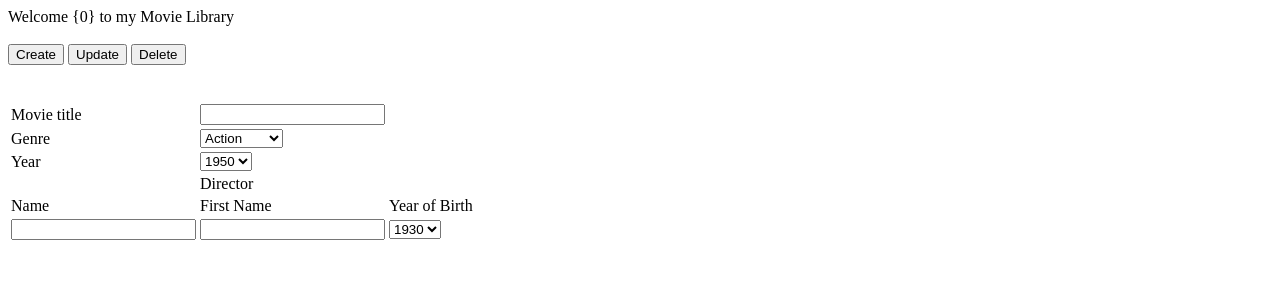
Repository: Romanetvin/InteractMovieLibrary
Page: http://localhost/Interact/views/home.jsp
An editor plug-in stored every save of this project. The page is shown before and after the next save, followed by the edit.
The browser window is 1280 px wide. The pictures show the whole page.
The page is served by Tomcat 9.

Above is the page before, as saved 2017-02-01 14:25:29.

After the next save:
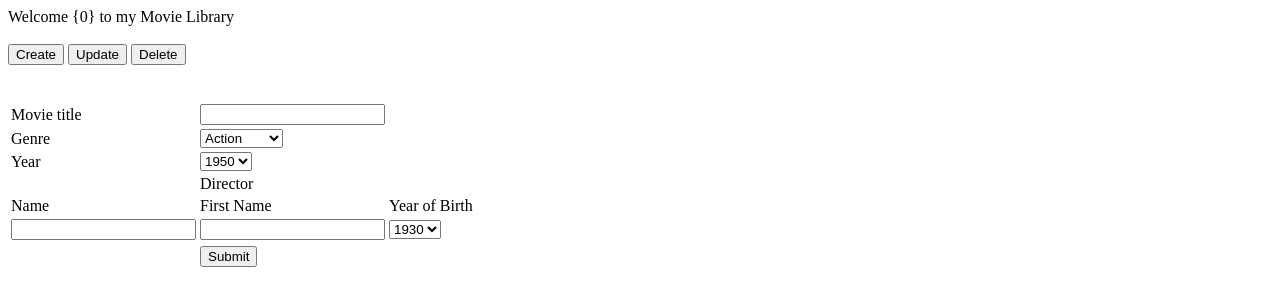
Saved 95 s later.
--- a/Interact/src/main/webapp/views/home.jsp
+++ b/Interact/src/main/webapp/views/home.jsp
@@ -68,6 +68,9 @@
 					<%} %>
 						</select></td>
 				</tr>
+				<tr></tr>
+				<tr><td></td><td><input type="submit" name="movieForm"</td></tr>
+
 			</table>
 
 	</form>
